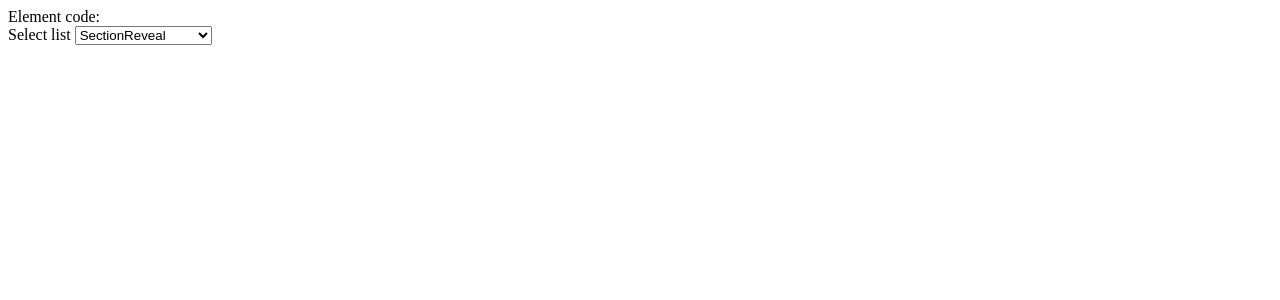
Repository: kiskompi/RTExtractor
Page: LearningSetApp/popup.html
The author's editor kept a copy of each file at every save. The page is drawn from the files as they stood at one save, then again after a run of saves.
The browser window is 1280 px wide. The pictures show the whole page.

Above is the page before, as saved 2017-03-09 01:59:17.

### LearningSetApp/popup.html
<html>
<head>
</head>
<body>
    <!-- textbox to display element (only for user to check) -->
    <div id = "elementcode">Element code:</div>
    <!-- list of possible crawler classes -->
    <label>Select list</label>
    <select id = "myList">
        <option value = "1">SectionReveal</option>
        <option value = "2">LanguageSelection</option>
        <option value = "3">InnerLink</option>
        <option value = "4">OuterLink</option>
    </select>
</body>
</html>

After the next 2 saves:
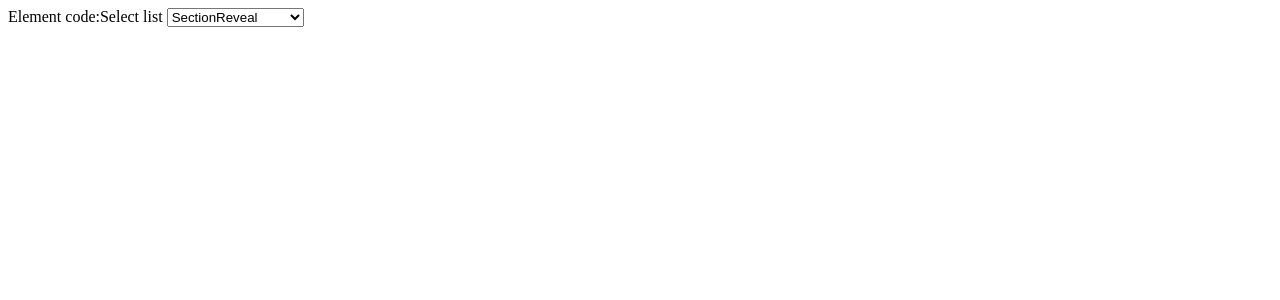
The 2 saves are shown as one change because they came seconds apart.
The last was saved 25 s later.
--- a/LearningSetApp/popup.html
+++ b/LearningSetApp/popup.html
@@ -3,7 +3,7 @@
 </head>
 <body>
     <!-- textbox to display element (only for user to check) -->
-    <div id = "elementcode">Element code:</div>
+    <div style="float:left;" id = "elementcode">Element code:</div>
     <!-- list of possible crawler classes -->
     <label>Select list</label>
     <select id = "myList">
